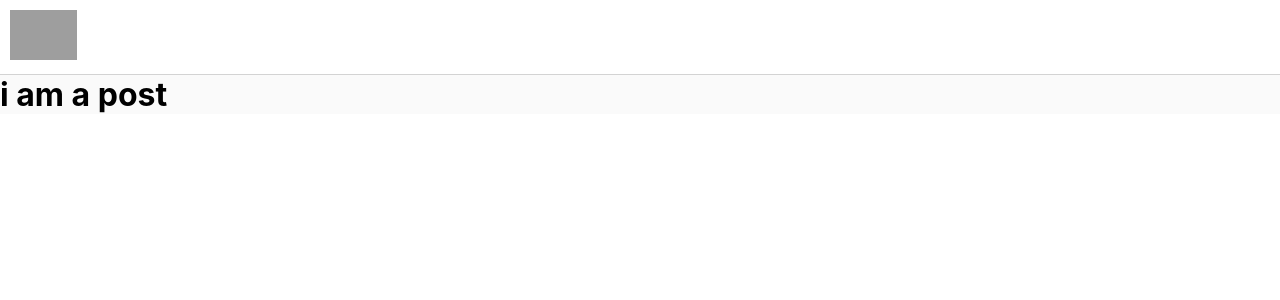
Repository: shiv0403/React-PostEmbed
Page: /
An editor plug-in stored every save of this project. The page is shown before and after the next save, followed by the edit.
The browser window is 1280 px wide. The pictures show the whole page.
Pictures or frames that could not be fetched are drawn as grey boxes. The project was rebuilt for these pictures with package versions that can differ from the ones it lists, and the page was loaded fresh each time.

Above is the page before, as saved 2021-01-07 13:35:32.

### src/App.js
import React from "react";
import "./App.css";
import Post from "./Post";

function App() {
  return (
    <div className="app">
      <div className="app_header">
        <img
          className="app_header_logo"
          src="https://www.vectorlogo.zone/logos/instagram/instagram-wordmark.svg"
          alt=""
        />
      </div>

      {/* posts */}
      <Post />
    </div>
  );
}

export default App;

### src/App.css
* {
  margin: 0;
  padding: 0;
}

.app {
  background-color: #fafafa;
}

.app_header {
  padding: 10px;
  background-color: #fff;
  border-bottom: 1px solid lightgray;
}

.app_header_logo {
  object-fit: contain;
  height: 50px;
  cursor: pointer;
}

### src/Post.js
import React from "react";

function Post() {
  return (
    <div className="post">
      <h1>i am a post</h1>
    </div>
  );
}

export default Post;

Loaded but not shown: public/index.html (common file); src/index.js (common file); src/index.css (common file)

After the next save:
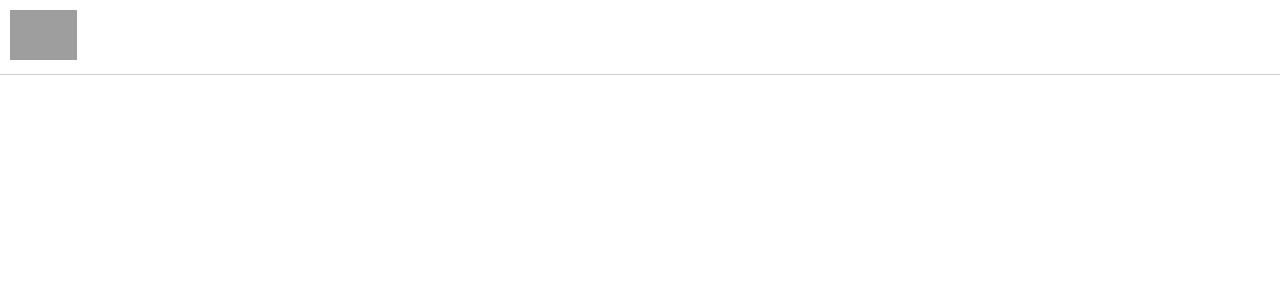
Saved 11 min 23 s later.
--- a/src/Post.js
+++ b/src/Post.js
@@ -3,7 +3,10 @@
 function Post() {
   return (
     <div className="post">
-      <h1>i am a post</h1>
+      {/* avatar + username */}
+      {/* image */}
+      {/* like + comment + share + save */}
+      {/* username + caption */}
     </div>
   );
 }
